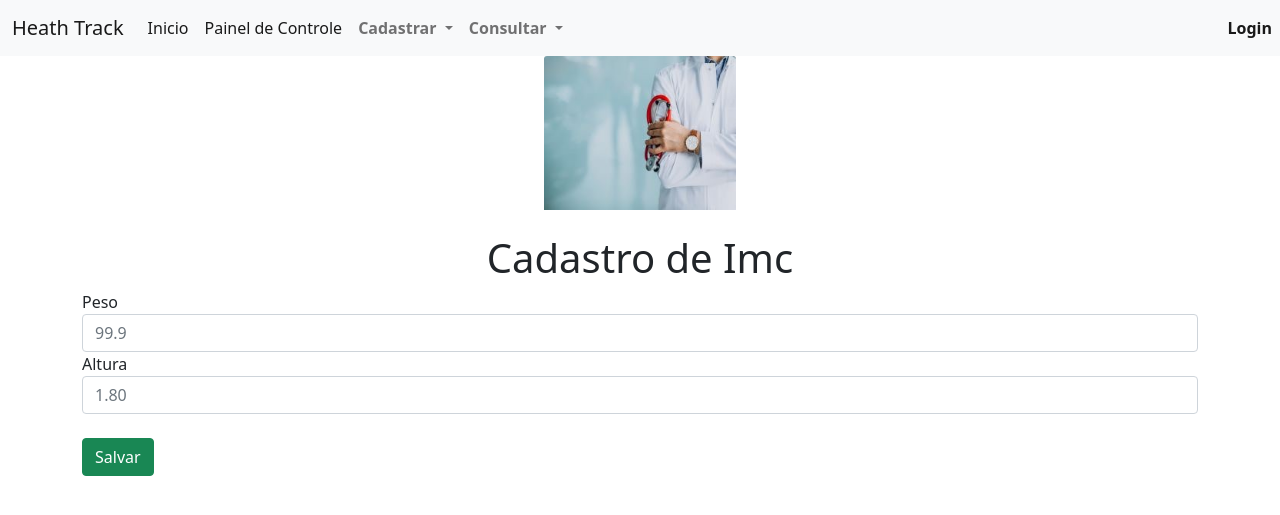
Repository: FellipySantos/HealthTrack_Finalizado
Page: http://localhost/JSPs/cadastro-imc.jsp
These files come from the project's save history. The page is drawn as it stood at one moment and after the next save; the edit follows.
The browser window is 1280 px wide. The pictures show the whole page.
The page is served by Tomcat 9. Other server files are loaded and not shown.

Above is the page before, as saved 2021-11-22 23:51:42.

### JSP/JSPs/WebContent/cadastro-imc.jsp
<%@ page language="java" contentType="text/html; charset=ISO-8859-1"
    pageEncoding="ISO-8859-1"%>
<%@ taglib prefix="c" uri="http://java.sun.com/jsp/jstl/core" %>
<!DOCTYPE html PUBLIC "-//W3C//DTD HTML 4.01 Transitional//EN" "http://www.w3.org/TR/html4/loose.dtd">
<html>
<head>
<meta http-equiv="Content-Type" content="text/html; charset=ISO-8859-1">
<title>Cadastro de Imc</title>
<%@ include file="header.jsp" %>
</head>
<body>
<%@ include file="menu.jsp" %>
<div class="container">
<center> <img src="resources/img/card_imagem_2.jpg" class="card-img-top" alt="..."  style="width: 12rem;"></center>
    <br>
	<h1><center>Cadastro de Imc</center></h1>
	<c:if test="${not empty msg }">
		<div class="alert alert-success">${msg}</div>
	</c:if>
	<c:if test="${not empty erro }">
		<div class="alert alert-danger">${erro}</div>
	</c:if>
	<form action="imc" method="post">
		<input type="hidden" value="cadastrar" name="acao">
		<div class="form-group">
			<label for="id-peso">Peso</label>
			<input type="text" name="peso" id="id-peso" class="form-control"  placeholder="99.9">
		</div>
		<div class="form-group">
			<label for="id-altura">Altura</label>
			<input type="text" name="altura" id="id-altura" class="form-control"  placeholder="1.80">
	    </div>
		<br>
		<input type="submit" value="Salvar" class="btn btn-success">
	</form>
</div>


<%@ include file="footer.jsp" %>
</body>
</html>

### JSP/JSPs/WebContent/header.jsp
<%@ page language="java" contentType="text/html; charset=ISO-8859-1"
    pageEncoding="ISO-8859-1"%>
<!DOCTYPE html>
<html>
<head>
<meta charset="ISO-8859-1">

<link rel="stylesheet" type="text/css" href="resources/css/bootstrap.css">
<link rel="stylesheet" type="text/css" href="resources/css/bootstrap-grid.css">
<link rel="stylesheet" type="text/css" href="resources/css/bootstrap-reboot.css">

<script type="text/javascript" src="resources/js/jquery-3.6.0.min.js"></script>
<script type="text/javascript" src="resources/js/popper.min.js"></script>
<script type="text/javascript" src="resources/js/bootstrap.min.js"></script>
<script type="text/javascript" src="resources/js/bootstrap.min.js"></script>

<script src="https://stackpath.bootstrapcdn.com/bootstrap/4.3.1/js/bootstrap.min.js" integrity="sha384-JjSmVgyd0p3pXB1rRibZUAYoIIy6OrQ6VrjIEaFf/nJGzIxFDsf4x0xIM+B07jRM" crossorigin="anonymous"></script>


</head>






<body>



</body>



</html>

### JSP/JSPs/WebContent/menu.jsp

   <nav class="navbar navbar-expand-lg navbar-light bg-light">
        <div class="container-fluid">
          <a class="navbar-brand" href="index.jsp">Heath Track</a>
          <button class="navbar-toggler" type="button" data-bs-toggle="collapse" data-bs-target="#navbarSupportedContent" aria-controls="navbarSupportedContent" aria-expanded="false" aria-label="Toggle navigation">
            <span class="navbar-toggler-icon"></span>
          </button>
          <div class="collapse navbar-collapse" id="navbarSupportedContent">
            <ul class="navbar-nav me-auto mb-2 mb-lg-0">
              <li class="nav-item">
                <a class="nav-link active" aria-current="page" href="index.jsp">Inicio</a>
              </li>
              <li class="nav-item">
                <a class="nav-link active" aria-current="page" href="painel.jsp">Painel de Controle</a>
              </li>
              <li class="nav-item dropdown">
                <a class="nav-link dropdown-toggle" href="#" id="navbarDropdown" role="button" data-bs-toggle="dropdown" aria-expanded="false">
                  <b>Cadastrar</b>
                </a>
                <ul class="dropdown-menu" aria-labelledby="navbarDropdown">
                  <li><a class="dropdown-item" href="cadastro-dieta.jsp">Dieta</a></li>
                  <li><a class="dropdown-item" href="cadastro-pressao.jsp">Pressão</a></li>
                  <li><a class="dropdown-item" href="cadastro-treino.jsp">Treino</a></li>
                  <li><a class="dropdown-item" href="cadastro-imc.jsp">Imc</a></li>
                   <li><hr class="dropdown-divider"></li>
                  <li><a class="dropdown-item" href="cadastro-atleta.jsp">Atleta</a></li>
                  <li><a class="dropdown-item" href="cadastro-nutri.jsp">Nutricionista</a></li>
                  <li><a class="dropdown-item" href="cadastro-treinador.jsp">Treinador</a></li>
                </ul>
              </li>

                 <li class="nav-item dropdown">
                <a class="nav-link dropdown-toggle" href="#" id="navbarDropdown" role="button" data-bs-toggle="dropdown" aria-expanded="false">
                  <b>Consultar</b>
                </a>
                <ul class="dropdown-menu" aria-labelledby="navbarDropdown">
                  <li><a class="dropdown-item" href="dieta?acao=listar">Dieta</a></li>
                  <li><a class="dropdown-item" href="pressao?acao=listar">Pressão</a></li>
                  <li><a class="dropdown-item" href="treino?acao=listar">Treino</a></li>
                  <li><a class="dropdown-item" href="imc?acao=listar">Imc</a></li>
                  <li><hr class="dropdown-divider"></li>
                  <li><a class="dropdown-item" href="atleta?acao=listar">Atleta</a></li>
                  <li><a class="dropdown-item" href="nutri?acao=listar">Nutricionista</a></li>
                  <li><a class="dropdown-item" href="treinador?acao=listar">Treinador</a></li>
                </ul>
              </li>


            </ul>

          </div>

        </div>
        <div class="collapse navbar-collapse" id="navbarSupportedContent">
          <ul class="navbar-nav me-auto mb-2 mb-lg-0">
            <li class="nav-item">
              <b><a class="nav-link active" aria-current="page" href="login.jsp">Login</a></b>
            </li>
            </ul>
            </div>



      </nav>

### JSP/JSPs/WebContent/footer.jsp
<%@ page language="java" contentType="text/html; charset=ISO-8859-1"
    pageEncoding="ISO-8859-1"%>
<!DOCTYPE html>
<html>
<head>
<meta charset="ISO-8859-1">

<script type="text/javascript" src="resources/js/jquery-3.6.0.min.js"></script>
<script type="text/javascript" src="resources/js/bootstrap.min.js"></script>

</head>





<body>


</body>
</html>

Loaded but not shown: JSP/JSPs/WebContent/resources/css/bootstrap.css (library); JSP/JSPs/WebContent/resources/css/bootstrap-grid.css (library); JSP/JSPs/WebContent/resources/css/bootstrap-reboot.css (library); JSP/JSPs/WebContent/resources/js/jquery-3.6.0.min.js (library); JSP/JSPs/WebContent/resources/js/popper.min.js (library); JSP/JSPs/WebContent/resources/js/bootstrap.min.js (library)

After the next save:
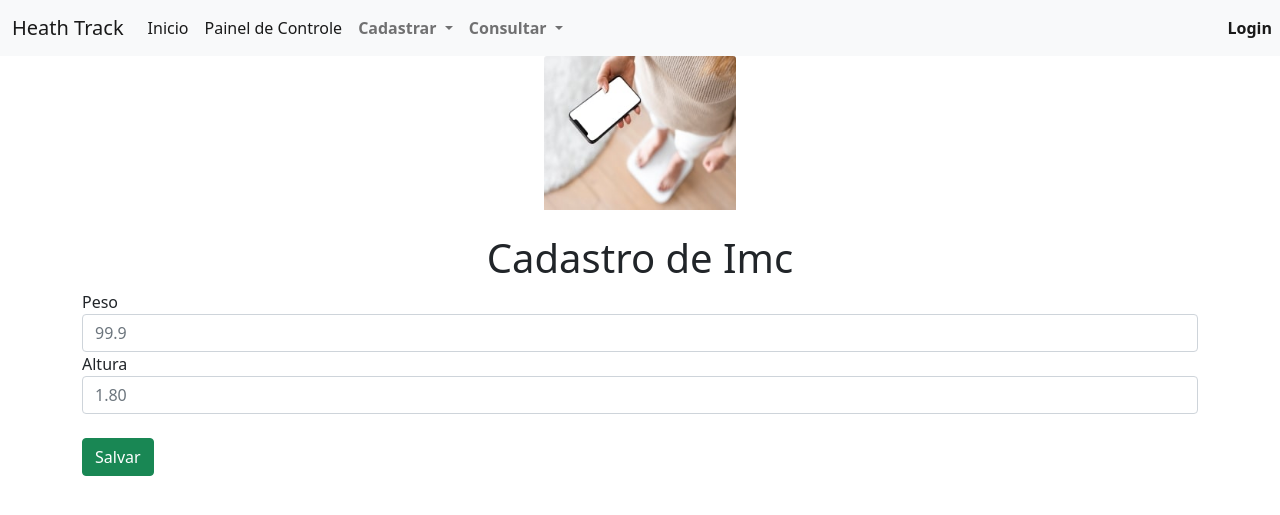
Saved 14 s later.
--- a/JSP/JSPs/WebContent/cadastro-imc.jsp
+++ b/JSP/JSPs/WebContent/cadastro-imc.jsp
@@ -11,7 +11,7 @@
 <body>
 <%@ include file="menu.jsp" %>
 <div class="container">
-<center> <img src="resources/img/card_imagem_2.jpg" class="card-img-top" alt="..."  style="width: 12rem;"></center>
+<center> <img src="resources/img/card_imagem_4.jpg" class="card-img-top" alt="..."  style="width: 12rem;"></center>
     <br>
 	<h1><center>Cadastro de Imc</center></h1>
 	<c:if test="${not empty msg }">
